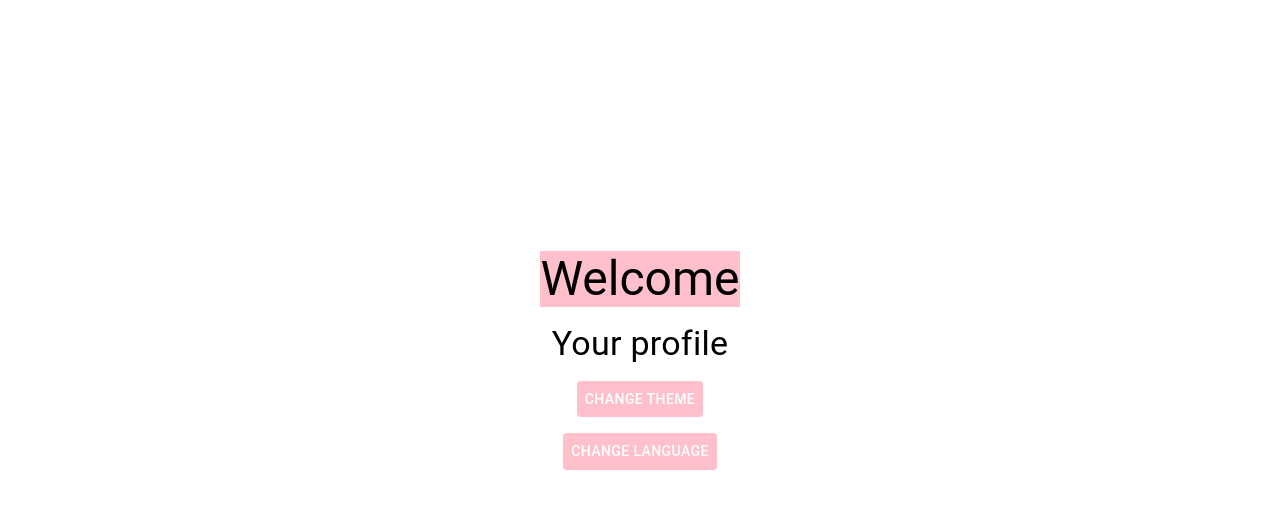
Repository: savannaaaas/contextLanguageTheme
Page: /
An editor plug-in stored every save of this project. The page is shown before and after the next save, followed by the edit.
The browser window is 1280 px wide. The pictures show the whole page.
The project was rebuilt for these pictures with package versions that can differ from the ones it lists, and the page was loaded fresh each time. Also part of the build but not shown: vite.config.js.

Above is the page before, as saved 2025-07-11 17:44:28.

### src/main.jsx
import { StrictMode } from "react";
import { createRoot } from "react-dom/client";
import App from "./App.jsx";
import { MasterProvider } from "./providers/MasterProvider.jsx";

createRoot(document.getElementById("root")).render(
  <StrictMode>
    <MasterProvider>
      <App />
    </MasterProvider>
  </StrictMode>
);

### src/App.jsx
import { useContext } from "react";
import { ThemeContext } from "./providers/ThemeContext";
import { ControlsPanel } from "./components/ControlsPanel";
import { Header } from "./components/Header";
import { UserProfile } from "./components/UserProfile";
import "./App.css";
export const translations = {
  en: {
    welcome: "Welcome",
    profile: "Your profile",
  },
  ru: {
    welcome: "Добро пожаловать",
    profile: "Твой профиль",
  },
};
function App() {
  const { theme } = useContext(ThemeContext);

  const themeStyle = {
    backgroundColor: theme === "light" ? "#fff" : "black",
    height: "100vh",
    display: "flex", // Flex-контейнер
    flexDirection: "column",
    justifyContent: "center",
    alignItems: "center",
    gap: "1em",
  };
  return (
    <div style={themeStyle}>
      <Header />
      <UserProfile />
      <ControlsPanel />
    </div>
  );
}

export default App;

### src/providers/MasterProvider.jsx
import ThemeProvider from "./ThemeContext";
import LanguageProvider from "./LanguageContext";

export const MasterProvider = ({ children }) => {
  return (
    <ThemeProvider>
      <LanguageProvider>{children}</LanguageProvider>
    </ThemeProvider>
  );
};

### src/providers/ThemeContext.jsx
import { createContext, useCallback, useState } from "react";
export const ThemeContext = createContext(null);
const ThemeProvider = ({ children }) => {
  const [theme, setTheme] = useState("light");
  const toggleTheme = useCallback(() => {
    setTheme((theme) => (theme === "light" ? "dark" : "light"));
  }, [setTheme]);
  return (
    <ThemeContext.Provider value={{ theme, setTheme, toggleTheme }}>
      {children}
    </ThemeContext.Provider>
  );
};
export default ThemeProvider;

### src/components/ControlsPanel.jsx
import { useContext } from "react";
import { ThemeContext } from "../providers/ThemeContext";
import { LanguageContext } from "../providers/LanguageContext";
import Button from "@mui/material/Button";
export const ControlsPanel = () => {
  const { toggleTheme } = useContext(ThemeContext);
  const { toggleLanguage } = useContext(LanguageContext);
  return (
    <>
      <Button
        onClick={toggleTheme}
        style={{ backgroundColor: "pink", color: "#fff" }}
      >
        Change theme
      </Button>
      <Button
        onClick={() => toggleLanguage()}
        style={{ backgroundColor: "pink", color: "#fff" }}
      >
        Change language
      </Button>
    </>
  );
};

### src/components/Header.jsx
import { Typography } from "@mui/material";
import { useContext } from "react";
import { ThemeContext } from "../providers/ThemeContext";
import { LanguageContext } from "../providers/LanguageContext";
import { translations } from "../App";
/*const translations = {
  en: {
    welcome: "Welcome",
    profile: "Your profile",
  },
  ru: {
    welcome: "Добро пожаловать",
    profile: "Твой профиль",
  },
}; */
export const Header = () => {
  const { theme } = useContext(ThemeContext);
  const { language } = useContext(LanguageContext);
  return (
    <Typography
      variant="h3"
      style={{
        color: theme === "light" ? "black" : "white",
        backgroundColor: theme === "light" ? "pink" : "red",
      }}
    >
      {translations[language].welcome}
    </Typography>
  );
};

### src/components/UserProfile.jsx
import { Typography } from "@mui/material";
import { translations } from "../App";
import { useContext } from "react";
import { LanguageContext } from "../providers/LanguageContext";
import { ThemeContext } from "../providers/ThemeContext";
export const UserProfile = () => {
  const { theme } = useContext(ThemeContext);
  const { language } = useContext(LanguageContext);
  return <Typography variant="h4">{translations[language].profile}</Typography>;
};

### src/App.css
html, body, #root {
 height: 100%;
  margin: 0;
  padding: 0;
  text-align: center;
}

### src/providers/LanguageContext.jsx
import { createContext, useState } from "react";
export const LanguageContext = createContext(null);

const LanguageProvider = ({ children }) => {
  const [language, setLanguage] = useState("en");
  const toggleLanguage = () => {
    setLanguage((language) => (language === "en" ? "ru" : "en"));
  };
  return (
    <LanguageContext.Provider value={{ language, setLanguage, toggleLanguage }}>
      {children}
    </LanguageContext.Provider>
  );
};
export default LanguageProvider;

Loaded but not shown: index.html (common file)

After the next save:
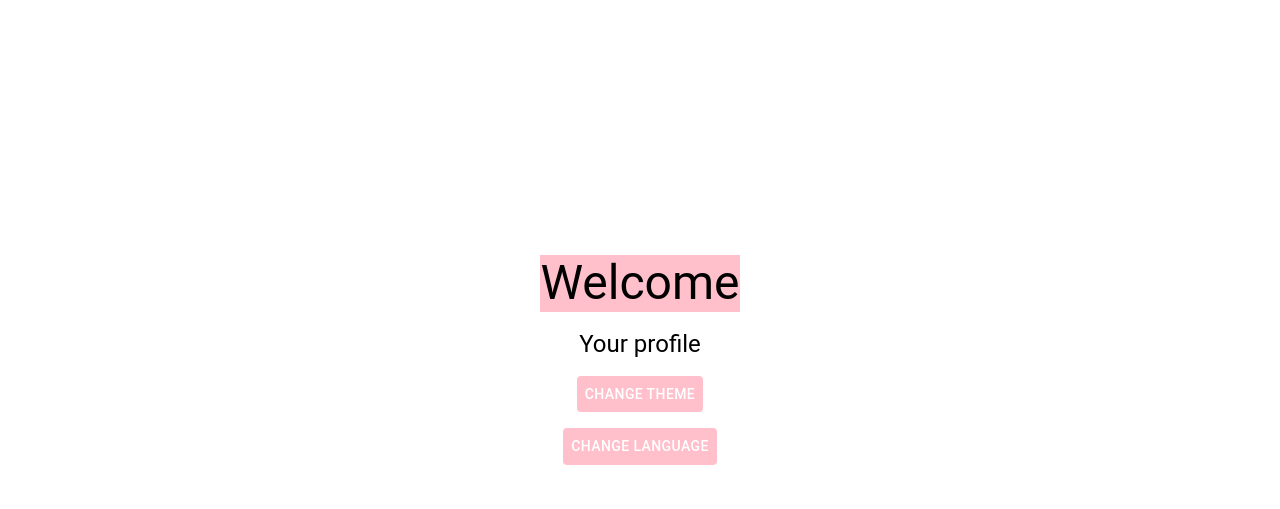
Saved 6 s later.
--- a/src/components/UserProfile.jsx
+++ b/src/components/UserProfile.jsx
@@ -6,5 +6,5 @@ import { ThemeContext } from "../providers/ThemeContext";
 export const UserProfile = () => {
   const { theme } = useContext(ThemeContext);
   const { language } = useContext(LanguageContext);
-  return <Typography variant="h4">{translations[language].profile}</Typography>;
+  return <Typography variant="h5">{translations[language].profile}</Typography>;
 };
